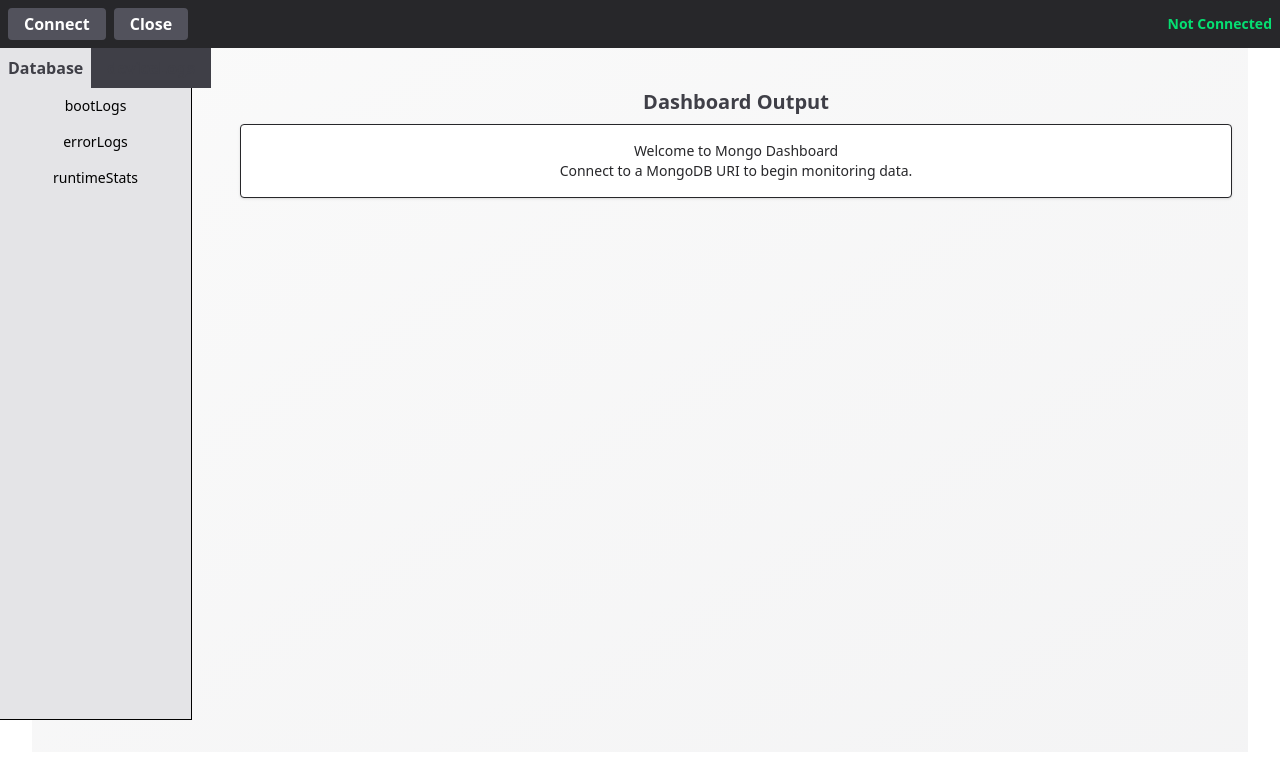
Repository: aryan151pratap/Dashboard
Page: / (app in frontened/), after clicking the first element matching `ul.text-sm > :nth-child(2)`
The author's editor kept a copy of each file at every save. The page is drawn from the files as they stood at one save, then again after the next save.
The browser window is 1280 px wide. The pictures show the whole page.
The project was rebuilt for these pictures with package versions that can differ from the ones it lists, and the page was loaded fresh each time. Also part of the build but not shown: frontened/vite.config.js, frontened/src/component/connect.jsx.

Above is the page before, as saved 2025-06-24 14:24:46.

After the next save:
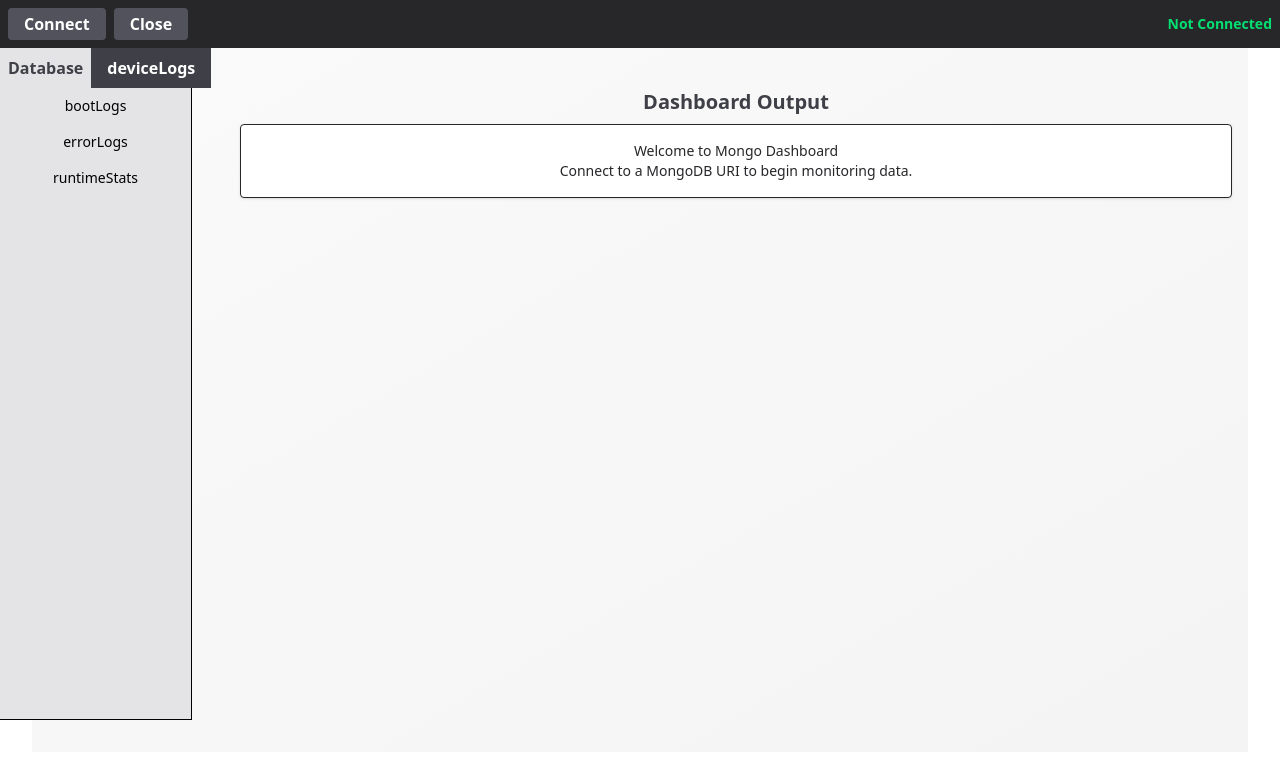
Saved 5 s later.
--- a/frontened/src/component/left_bar.jsx
+++ b/frontened/src/component/left_bar.jsx
@@ -17,7 +17,7 @@ function Left_bar(){
 				</button>
 
 				{current_database &&
-					<button className={`sm:text-center font-bold px-4 py-2 text-zinc-700 ${current_database !== null ? 'text-white bg-zinc-700' : 'text-zinc-700'}`}>{current_database.name}</button>
+					<button className={`sm:text-center font-bold px-4 py-2 ${current_database !== null ? 'text-white bg-zinc-700' : 'text-zinc-700'}`}>{current_database.name}</button>
 				}
 			</div>
 
